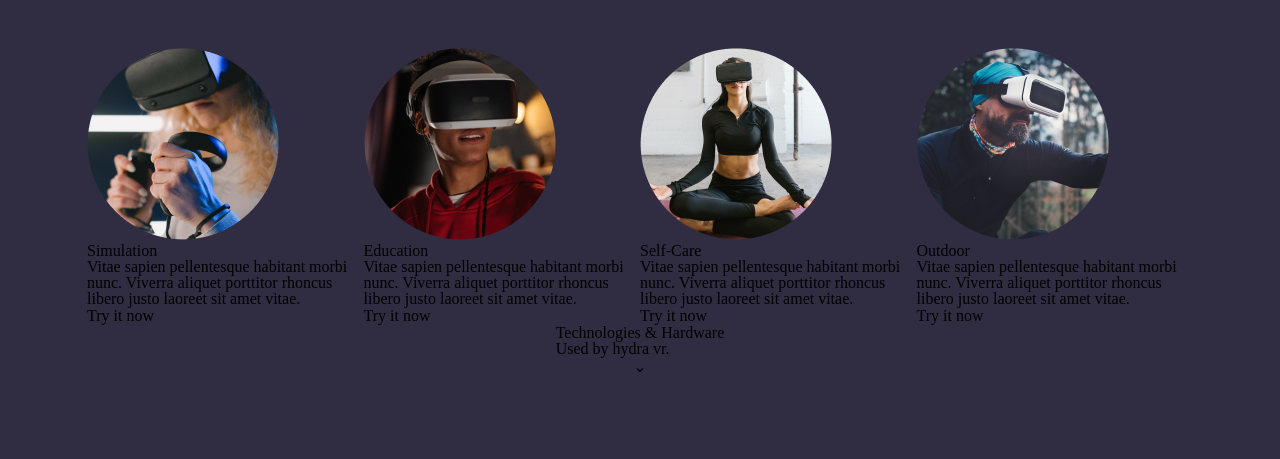
Repository: xMargi/Hydra-LandingPage
Page: index.html
The author's editor kept a copy of each file at every save. The page is drawn from the files as they stood at one save, then again after the next save.
The browser window is 1280 px wide. The pictures show the whole page.

Above is the page before, as saved 2023-06-07 20:05:14.

After the next save:
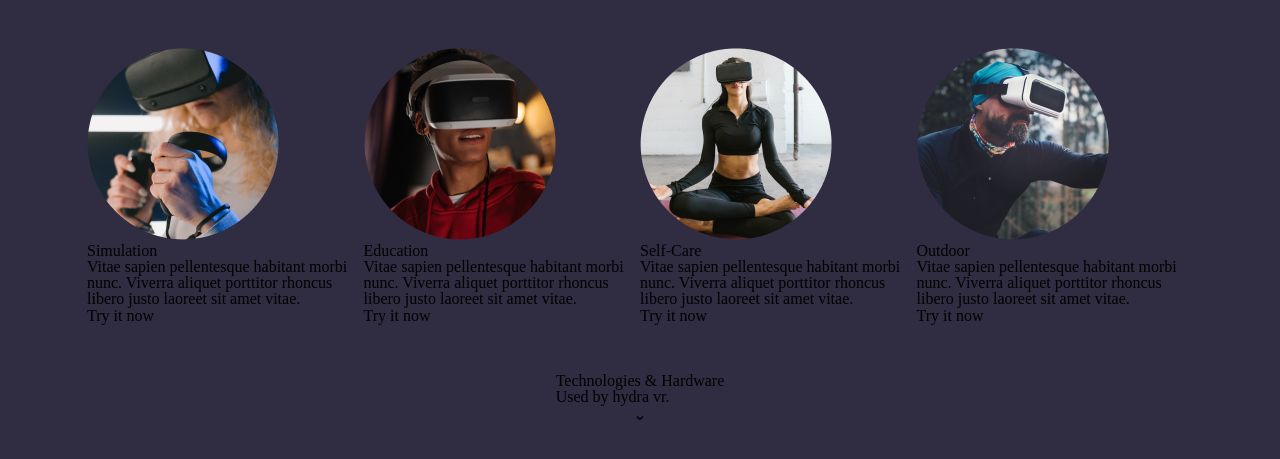
Saved 25 s later.
--- a/style.css
+++ b/style.css
@@ -17,12 +17,11 @@ body{
     display: flex;
     align-items: center;
     flex-direction: column;
-    padding: 3rem 5.4375rem;
 
 }
 
 .cartoes{
-
+    margin:3rem 5.4375rem;
     display: flex;
 
 }
